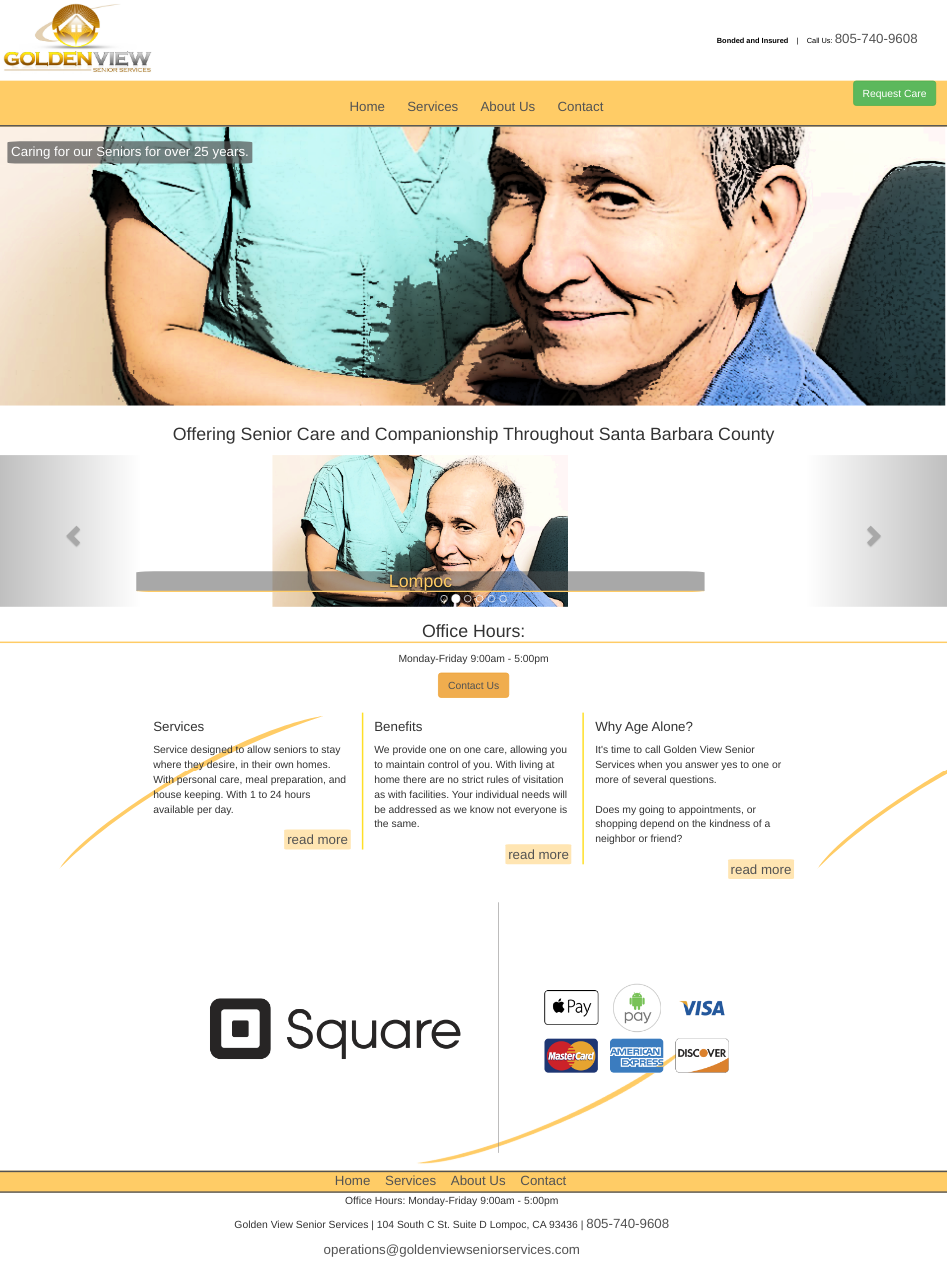
Repository: alprusa/GoldenViewWebsiteMockup
Page: GoldenViewWebsite/index.html
These files come from the project's save history. The page is drawn as it stood at one moment and after the next save; the edit follows.
The browser window is 1280 px wide. The pictures show the whole page, at 74% of full size.

Above is the page before, as saved 2017-07-30 08:28:29.

After the next save:
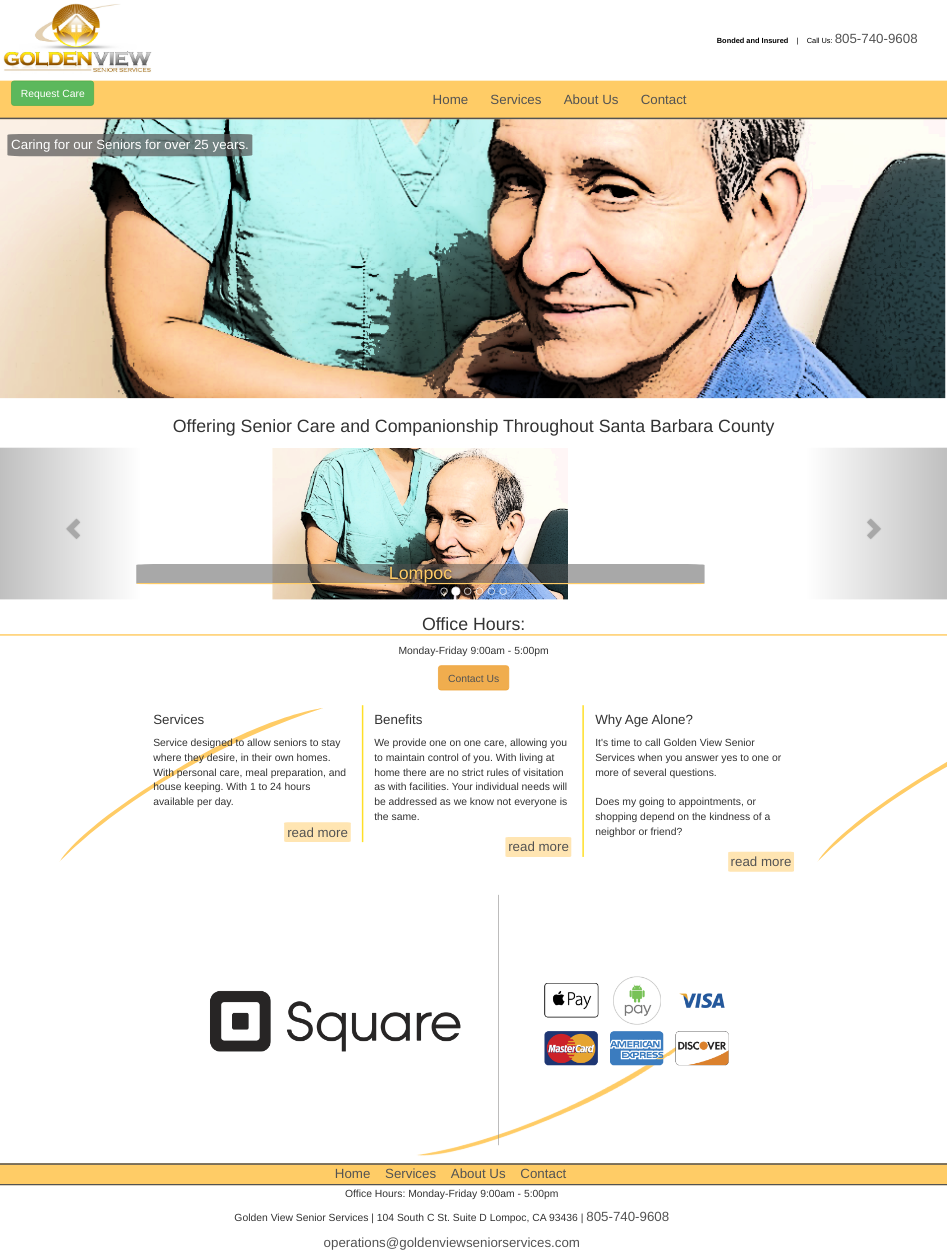
Saved 2 min 17 s later.
--- a/GoldenViewWebsite/index.html
+++ b/GoldenViewWebsite/index.html
@@ -56,8 +56,9 @@
 			<!--Navbar html section-->
 			<nav class="navbar navbar-static-top" style="clear: both;" role="navigation">
                 <div class="container-fluid">
-					<p><a href="requestcare"><button class="btn-success btn" id="careButton">Request Care</button></a></p>
+
                     <div class="navbar-header" style="clear:both;">
+                    	<p id="careButton"><a href="requestcare"><button class="btn-success btn" id="careB">Request Care</button></a></p>
                         <!--Button that is created for menu when screen size reaches a certain limit-->
                         <button id="collapseButton" type="button" class="navbar-toggle" data-toggle="collapse" data-target=".navbar-collapse">
                             <span class="icon-bar"></span>
